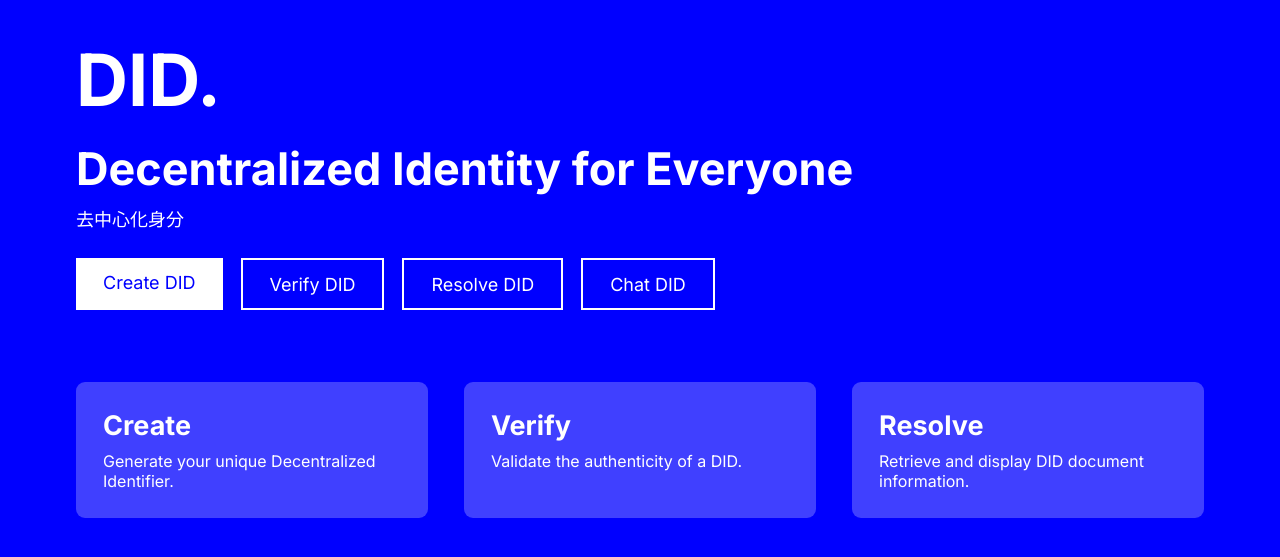
Repository: a7351220/ethr_did_demo
Page: /
An editor plug-in stored every save of this project. The page is shown before and after the next save, followed by the edit.
The browser window is 1280 px wide. The pictures show the whole page.
The project was rebuilt for these pictures with package versions that can differ from the ones it lists, and the page was loaded fresh each time. The framework's server and built-in components were replaced by stand-ins that run in the browser. Also part of the build but not shown: next.config.mjs.

Above is the page before, as saved 2024-07-09 22:16:41.

After the next save:
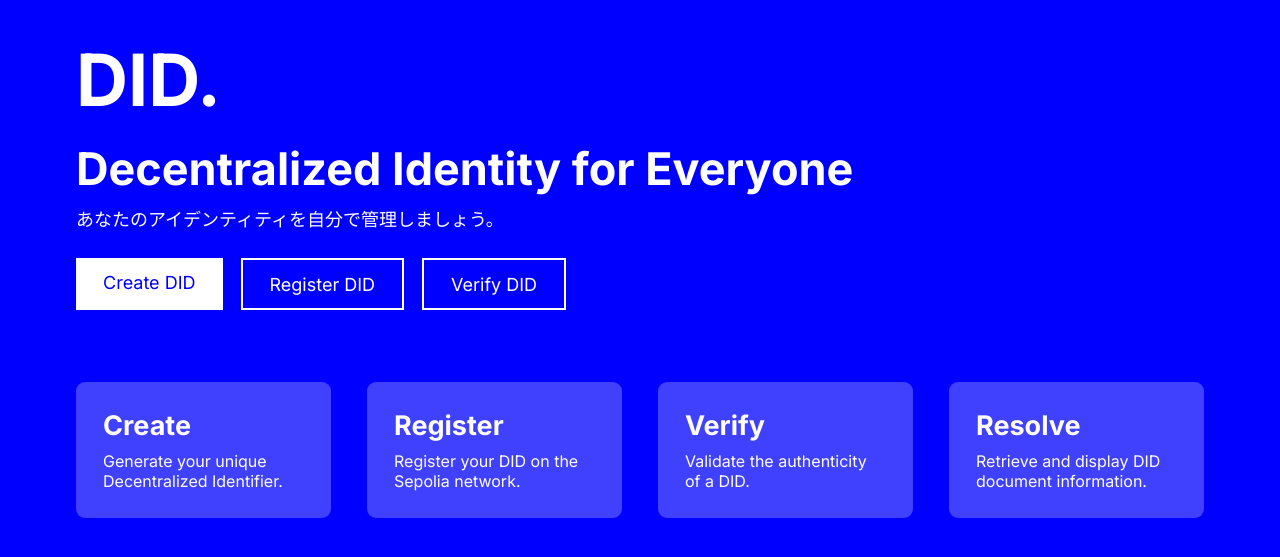
Saved 15 s later.
--- a/src/app/page.tsx
+++ b/src/app/page.tsx
@@ -1,4 +1,3 @@
-// app/page.tsx
 import Link from 'next/link';
 
 export default function Home() {
@@ -8,19 +7,16 @@ export default function Home() {
         <section className="hero">
           <h1 className="title">DID.</h1>
           <h2 className="subtitle">Decentralized Identity for Everyone</h2>
-          <p className="description">去中心化身分</p>
+          <p className="description">あなたのアイデンティティを自分で管理しましょう。</p>
           <div className="cta-buttons">
             <Link href="/did/create" className="cta-button primary">
               Create DID
             </Link>
+            <Link href="/did/register" className="cta-button secondary">
+              Register DID
+            </Link>
             <Link href="/did/verify" className="cta-button secondary">
               Verify DID
-            </Link>
-            <Link href="/did/resolve" className="cta-button secondary">
-              Resolve DID
-            </Link>
-            <Link href="/did/chat" className="cta-button secondary">
-              Chat DID
             </Link>
           </div>
         </section>
@@ -29,6 +25,10 @@ export default function Home() {
           <div className="feature">
             <h3>Create</h3>
             <p>Generate your unique Decentralized Identifier.</p>
+          </div>
+          <div className="feature">
+            <h3>Register</h3>
+            <p>Register your DID on the Sepolia network.</p>
           </div>
           <div className="feature">
             <h3>Verify</h3>
